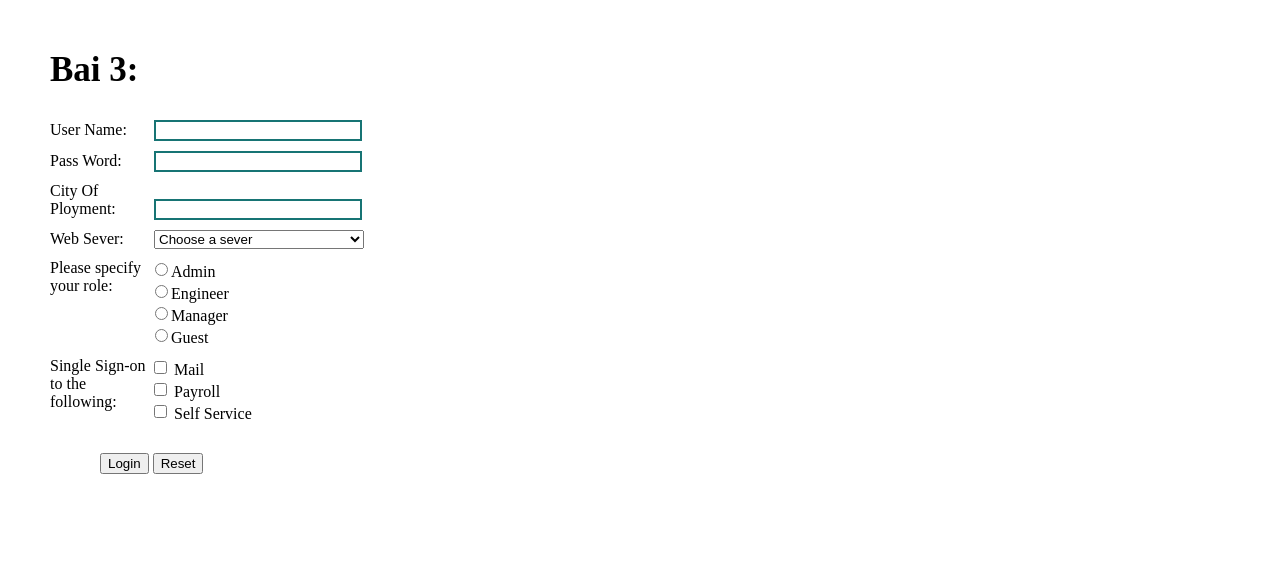
Repository: truongtn04/f8-fullstack-k5
Page: day03/ex03.html
An editor plug-in stored every save of this project. The page is shown before and after the next save, followed by the edit.
The browser window is 1280 px wide. The pictures show the whole page.

Above is the page before, as saved 2023-11-27 12:22:50.

After the next save:
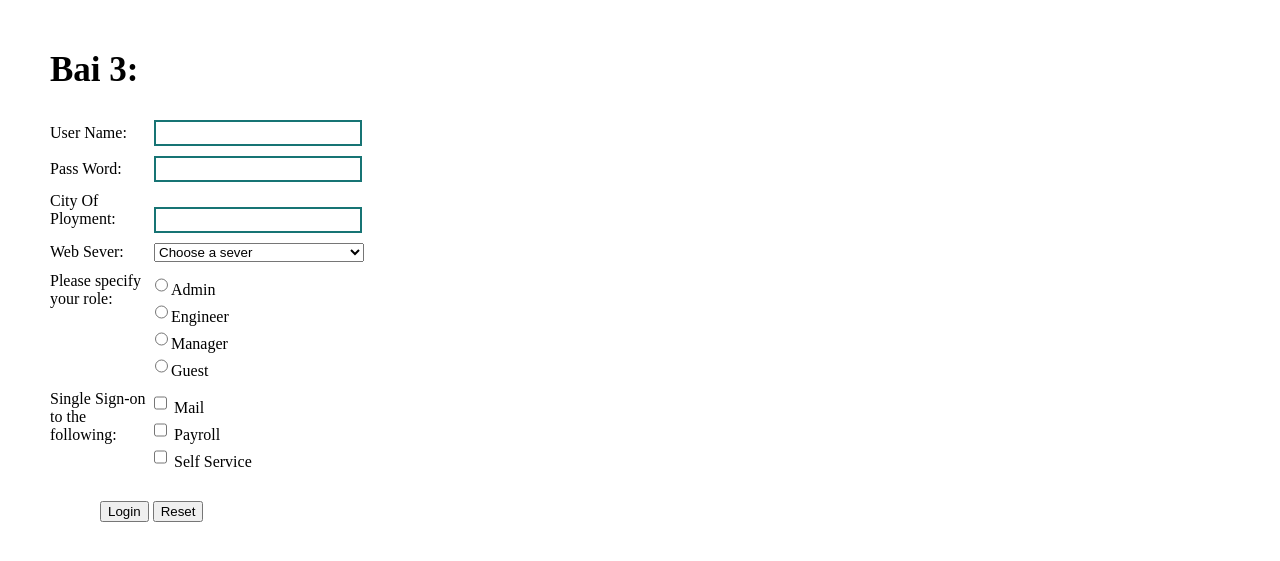
Saved 5 s later.
--- a/day03/css/ex03.css
+++ b/day03/css/ex03.css
@@ -13,7 +13,7 @@ b{
 .form-item input{
     width: 200px;
     border: 2px solid rgb(23, 116, 116);
-    height: 15px;
+    height: 20px;
 }
 .form-item label{
     width: 100px;
